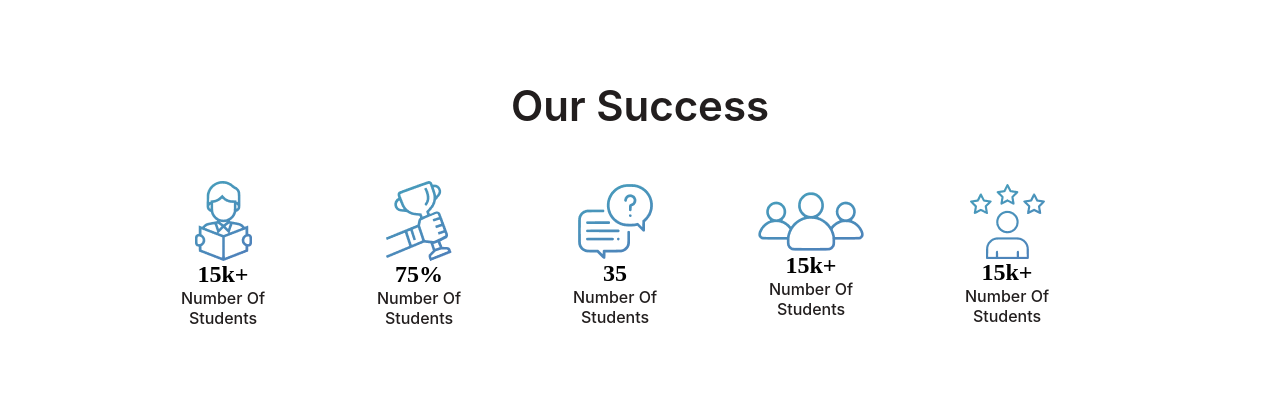
Repository: FaridRustamov09/Final-Task
Page: Pages/succesPage/index.html
An editor plug-in stored every save of this project. The page is shown before and after a run of saves, followed by the edit.
The browser window is 1280 px wide. The pictures show the whole page.
The style sheet was rebuilt from its Sass, Less or Tailwind sources for each picture, by a compiler version that may differ from the author's.

Above is the page before, as saved 2024-07-14 20:39:54.

After the next 2 saves:
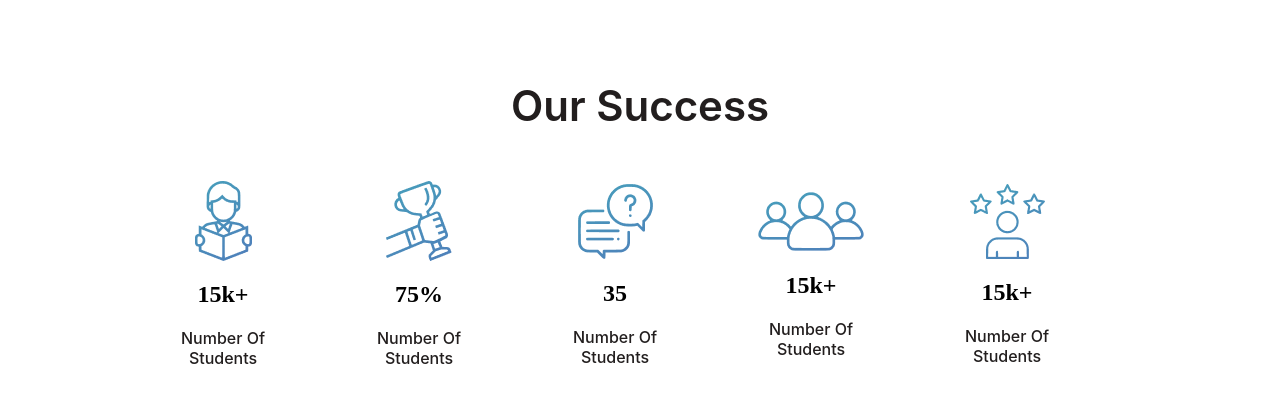
The 2 saves are shown as one change because they came seconds apart.
The last was saved 50 s later.
--- a/Pages/succesPage/index.scss
+++ b/Pages/succesPage/index.scss
@@ -28,6 +28,7 @@
       list-style-type: none;
       display: flex;
       flex-direction: column;
+      gap: 20px;
       justify-content: center;
       align-items: center;
       margin-right: 50px;

After the save that followed:
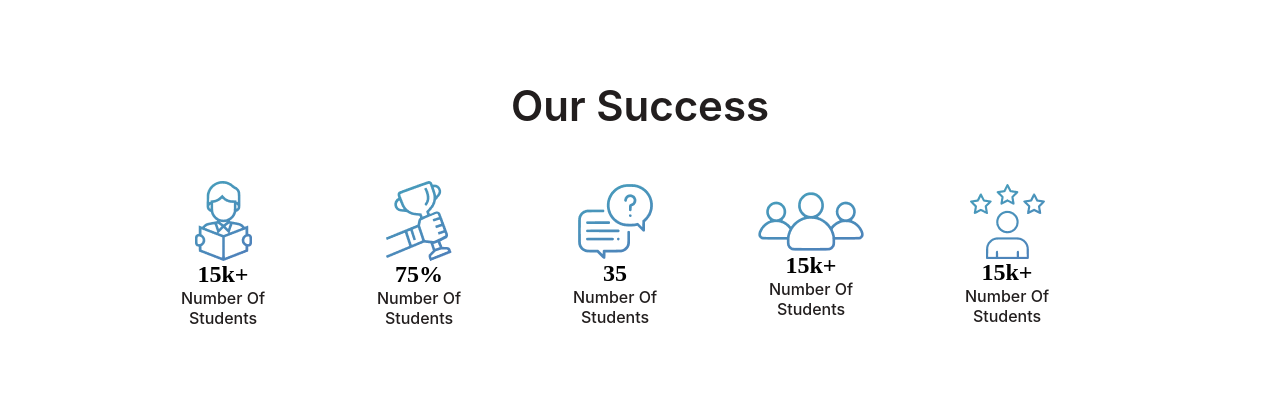
Saved 32 s later.
--- a/Pages/succesPage/index.scss
+++ b/Pages/succesPage/index.scss
@@ -28,7 +28,7 @@
       list-style-type: none;
       display: flex;
       flex-direction: column;
-      gap: 20px;
+
       justify-content: center;
       align-items: center;
       margin-right: 50px;
